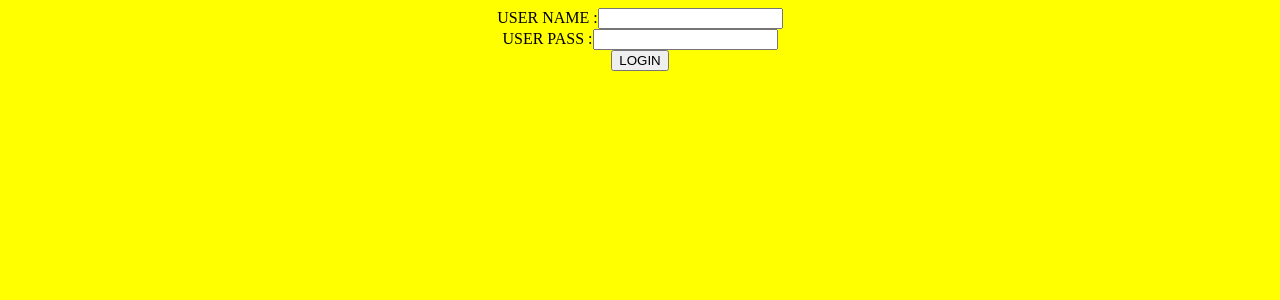
Repository: Thaneshwara848/E-Y
Page: Jdbc-Servlet-Jsp/Webemo5/src/main/webapp/LoginPage.html
These files come from the project's save history. The page is drawn as it stood at one moment and after the next save; the edit follows.
The browser window is 1280 px wide. The pictures show the whole page.

Above is the page before, as saved 2023-05-22 06:20:56.

### Jdbc-Servlet-Jsp/Webemo5/src/main/webapp/LoginPage.html
<!DOCTYPE html>
<html>
<head>
<meta charset="UTF-8">
<title>Insert title here</title>
</head>
<body bgcolor="yellow">
<div style="text-align: center;">

	<form action="Login">

		USER NAME :<input type="text" name="uname"><br>
		USER PASS :<input type="text" name="upass"><br>

		<input type="submit" value="LOGIN">
	</form>

</div>

</body>
</html>

After the next save:
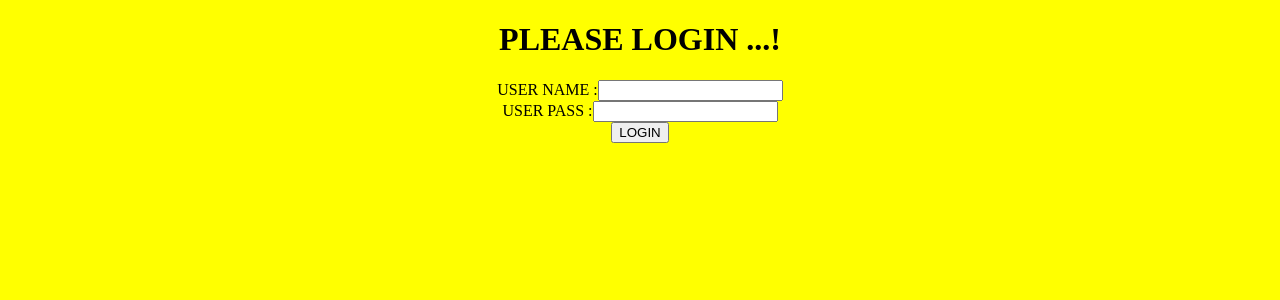
Saved 15 s later.
--- a/Jdbc-Servlet-Jsp/Webemo5/src/main/webapp/LoginPage.html
+++ b/Jdbc-Servlet-Jsp/Webemo5/src/main/webapp/LoginPage.html
@@ -8,7 +8,7 @@
 <div style="text-align: center;">
 
 	<form action="Login">
-
+	<h1> PLEASE LOGIN ...!</h1>
 		USER NAME :<input type="text" name="uname"><br>
 		USER PASS :<input type="text" name="upass"><br>
 
